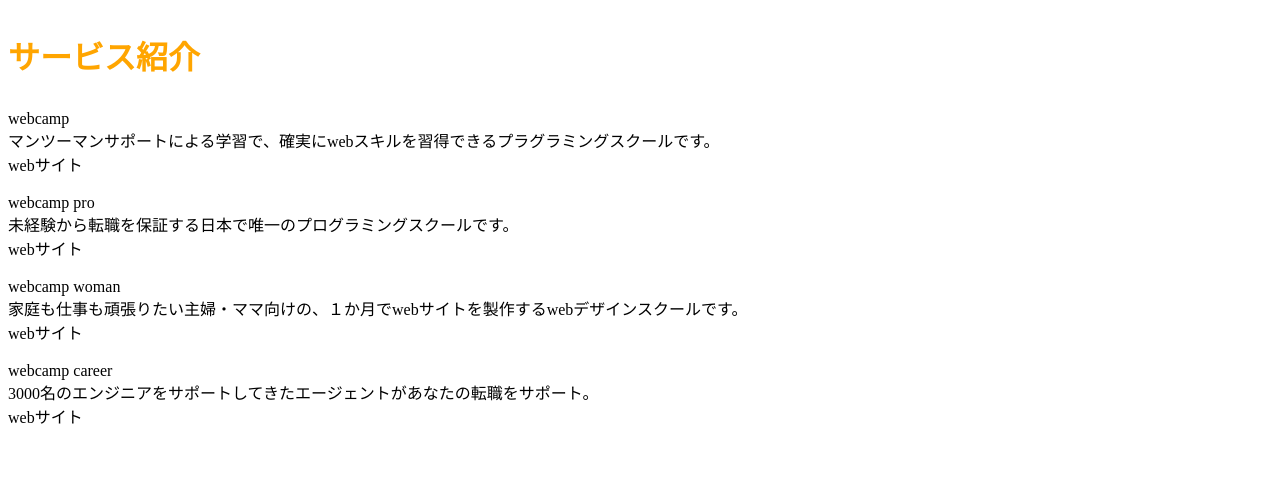
Repository: YasuyoshiSakai/kadai1
Page: sample/ensyuu.html
The author's editor kept a record of every edit. The page is drawn from the files as they stood at one moment, then again after the next edit.
The browser window is 1280 px wide. The pictures show the whole page.

Above is the page before.

After the next edit:
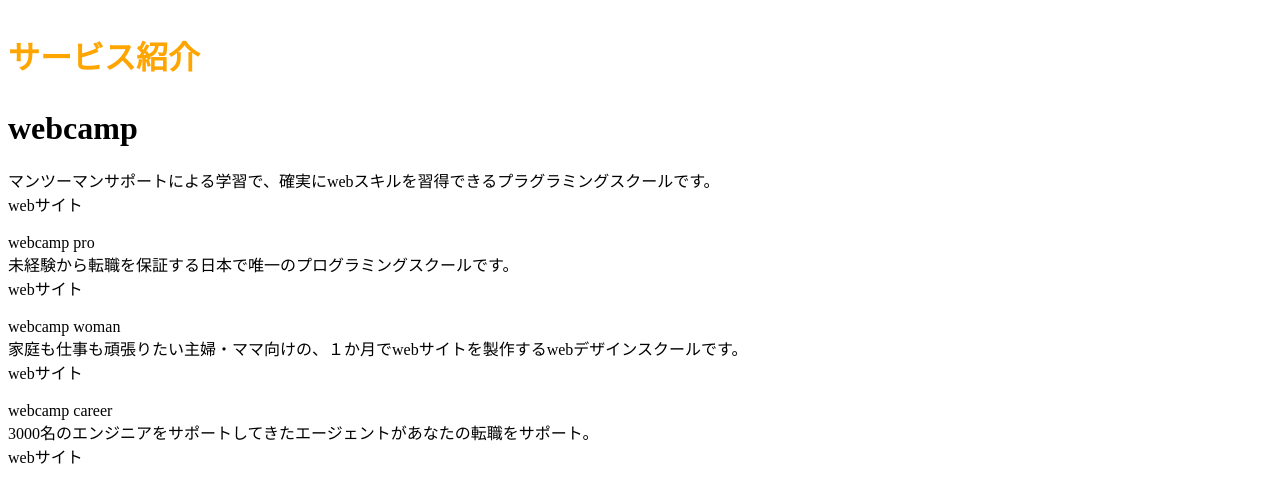
The edit:
--- a/sample/ensyuu.html
+++ b/sample/ensyuu.html
@@ -9,7 +9,7 @@
   <body>
 <h1><p class="orange">サービス紹介</p></h1>
 
-webcamp<br>
+<h1>webcamp</h1>
 マンツーマンサポートによる学習で、確実にwebスキルを習得できるプラグラミングスクールです。<br>
 webサイト<br>
 <br>
